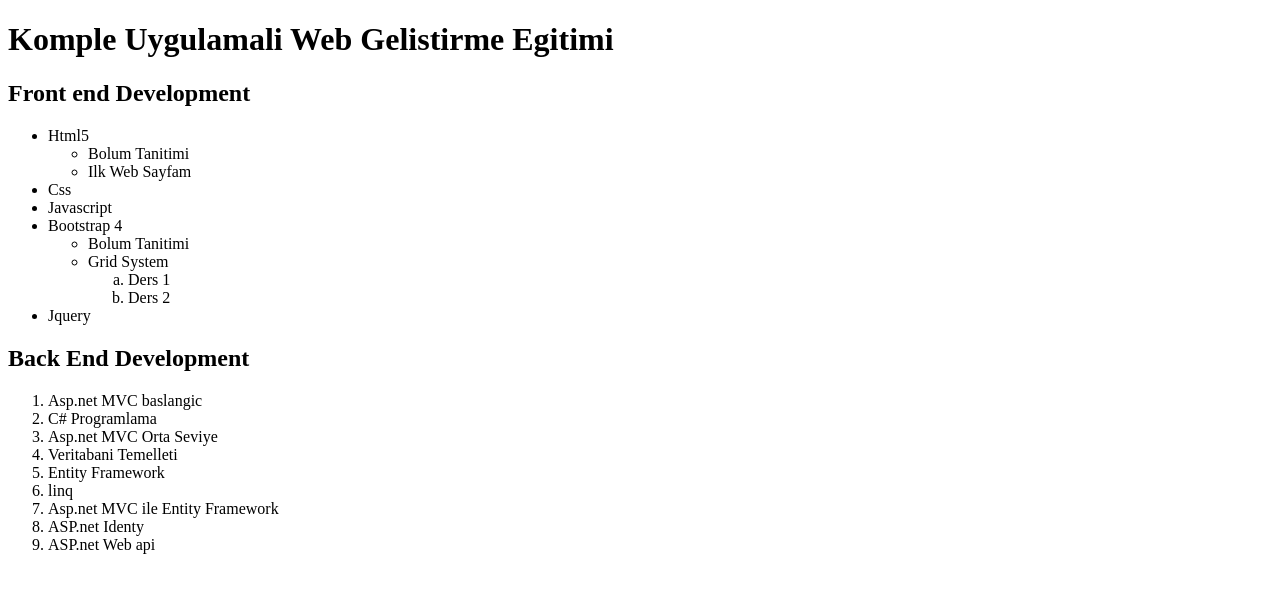
Repository: sammkrt/git101
Page: html-css-TrainingMyself/index.html
These files come from the project's save history. The page is drawn as it stood at one moment and after the next save; the edit follows.
The browser window is 1280 px wide. The pictures show the whole page.

Above is the page before, as saved 2022-12-22 11:30:01.

After the next save:
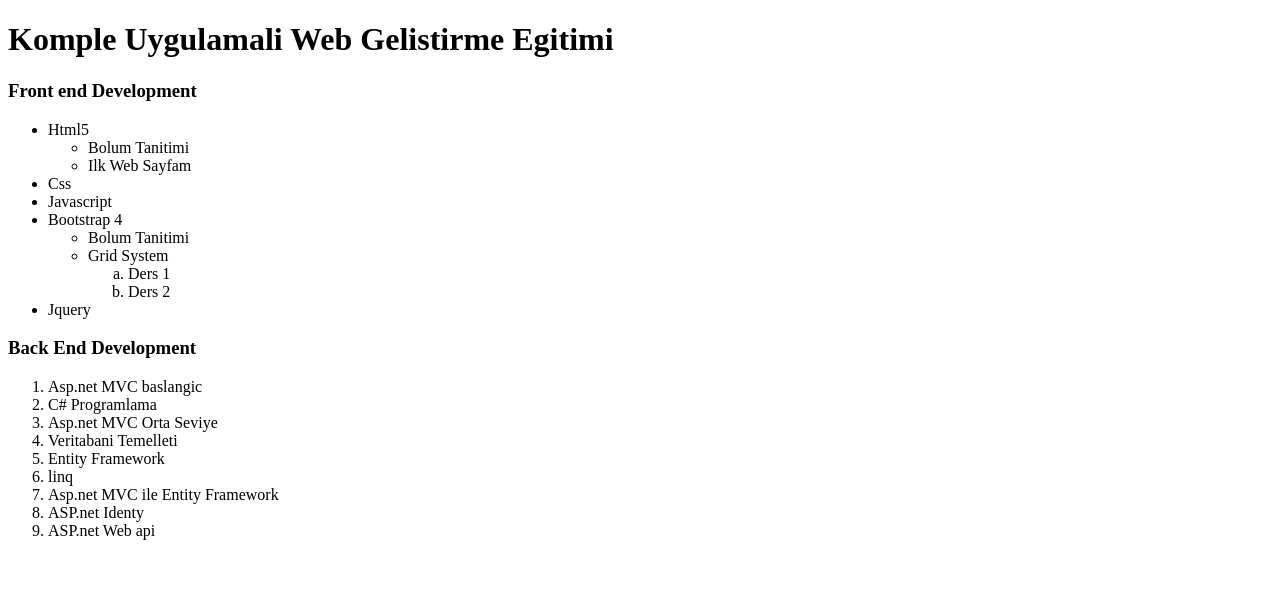
Saved 26 s later.
--- a/html-css-TrainingMyself/index.html
+++ b/html-css-TrainingMyself/index.html
@@ -8,7 +8,7 @@
 </head>
 <body>
 <h1>Komple Uygulamali Web Gelistirme Egitimi</h1>
-<h2>Front end Development</h2>
+<h3>Front end Development</h3>
 <ul>
     <li>Html5</li>
         <ul>
@@ -28,7 +28,7 @@
         </ul>
     <li>Jquery</li>
 </ul>
-<h2>Back End Development</h2>
+<h3>Back End Development</h3>
 <ol>
     <li>Asp.net MVC baslangic</li>
     <li>C# Programlama</li>
